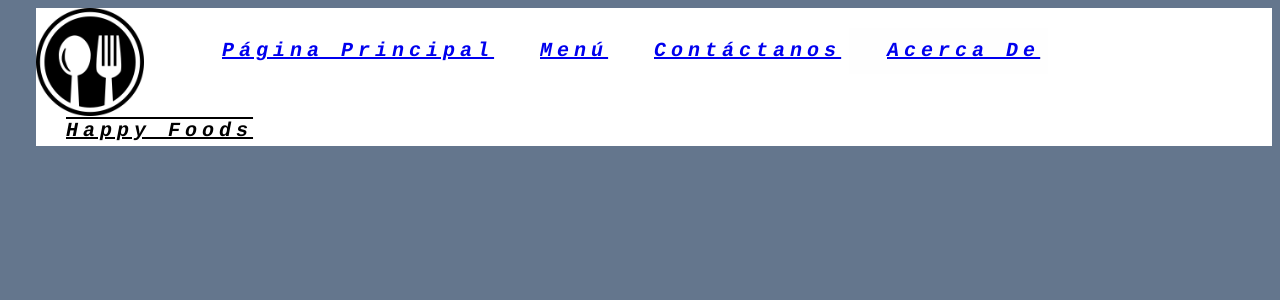
Repository: UVMCoyoacan/eq06_sitio1
Page: index.html
The author's editor kept a copy of each file at every save. The page is drawn from the files as they stood at one save, then again after the next save.
The browser window is 1280 px wide. The pictures show the whole page.

Above is the page before, as saved 2024-03-06 09:48:11.

### index.html
<!DOCTYPE html>
<html>
    <head>
        <link rel="stylesheet" href="./Carpeta estilos/estilo1.css"/>
        <meta charset="utf-8" />
    </head>
    <body>
        <header id="parte_inicial" role="banner">
            <div class="encabezado" style="display: flex;">

                    <img width="108" height="108" src="./Carpeta ims/Logo.jpeg" onclick="redirigirIndex()" style="text-align: left; cursor:pointer;";>

            <ul >
                <li><a href="#">Página principal</a></li>
                <li><a href="./Carpeta docs/menu.html">Menú</a></li>
                <li><a href="./Carpeta docs/contactos.html">Contáctanos</a></li>
                <li style="float:right"><a class="active" href="./Carpeta docs/acercade.html">Acerca de</a></li>
            </ul>
            </div>
            <div id="titulo" style="text-align: center; display: flex;  text-decoration:overline;">Happy Foods</div>
        </header>
    </body>
    <script src="./Carpeta js/js1.js">
    </script>
</html>

### Carpeta estilos/estilo1.css
body{
    background-color:#64768D;
    font-size:20px;
    font-family:Courier;
    font-weight:bold;
    font-style:normal;
    line-height:30px;
    letter-spacing:5px;
   padding-left: 28px;
    text-transform:capitalize;
    text-align:left;
    text-indent:30px;
}
header{
    background-color:#FFFFFF;
    font-size:20px;
    font-family:Courier;
    font-weight:bold;
    font-style:italic;
    line-height:30px;
    letter-spacing:5px;
    text-decoration:underline;
    text-transform:capitalize;
    text-align:left;
    text-indent:30px;
}
li {
    display: inline;
    float: left;
    background-color:#FFFFFF;
    font-size:20px;
    font-family:Courier;
    font-weight:bold;
    font-style:oblique;
    line-height:30px;
    letter-spacing:5px;
    text-decoration:underline;
    text-transform:capitalize;
    text-align:left;
    text-indent:30px;
  }


a {
    display: block;
    padding: 8px;
    background-color:#ffffff;
  }
.active {
    background-color: #fefefe;
  }

### Carpeta js/js1.js
function redirigirIndex() {
    window.location.href = '#';
}

After the next save:
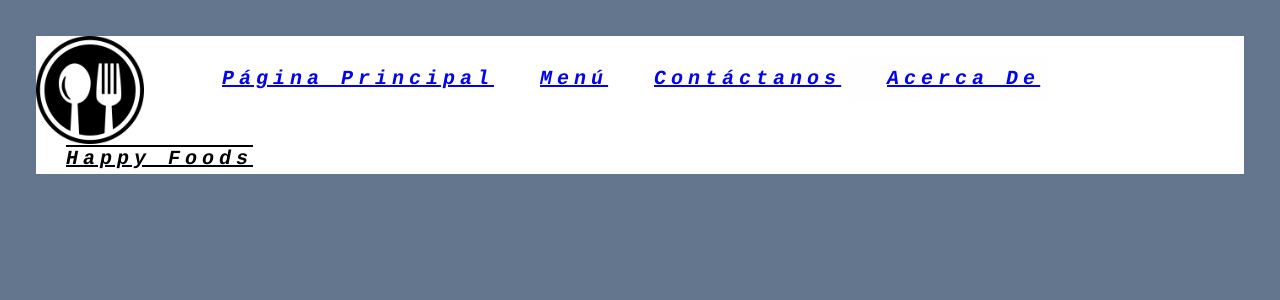
Saved 29 s later.
--- a/Carpeta estilos/estilo1.css
+++ b/Carpeta estilos/estilo1.css
@@ -6,7 +6,8 @@ body{
     font-style:normal;
     line-height:30px;
     letter-spacing:5px;
-   padding-left: 28px;
+
+    padding: 28px;
     text-transform:capitalize;
     text-align:left;
     text-indent:30px;
